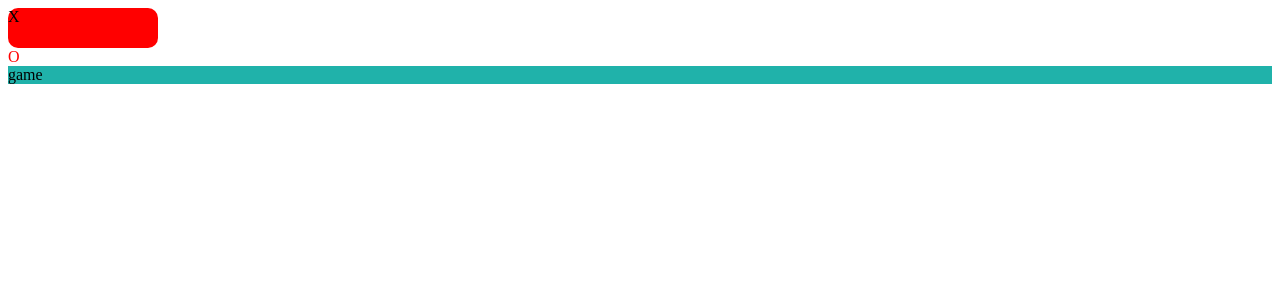
Repository: vahid242/viGame
Page: http://localhost/tic-tac-toe
The author's editor kept a record of every edit. The page is drawn from the files as they stood at one moment, then again after the next edit.
The browser window is 1280 px wide. The pictures show the whole page.
The page is served by the project's Node server (v1/app.js).

Above is the page before.

After the next edit:
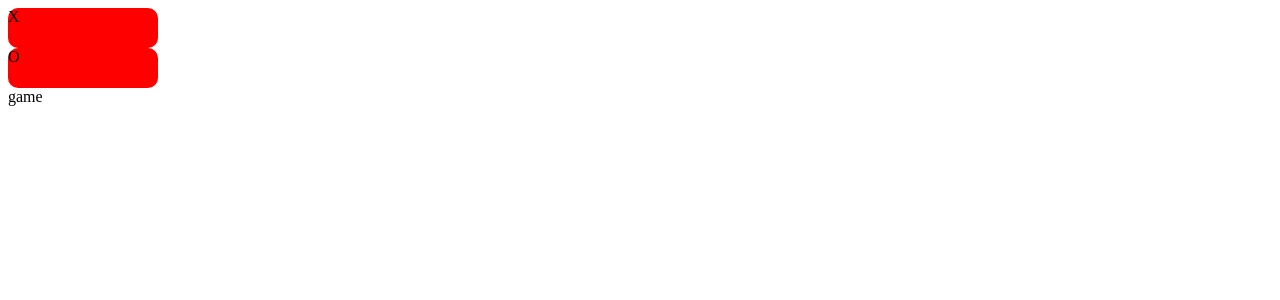
The edit:
--- a/v1/public/tic.css
+++ b/v1/public/tic.css
@@ -14,9 +14,11 @@
     border-radius: 10px;
 }
 #oChose{
-    color: red;
-    /*border:1px solid black;*/
-    width: 10px;
+    background-color: red;
+    width: 150px;
+    height: 40px;
+    border-radius: 10px;
+}
 }
 .downside{
     background-color:#20B2AA;
